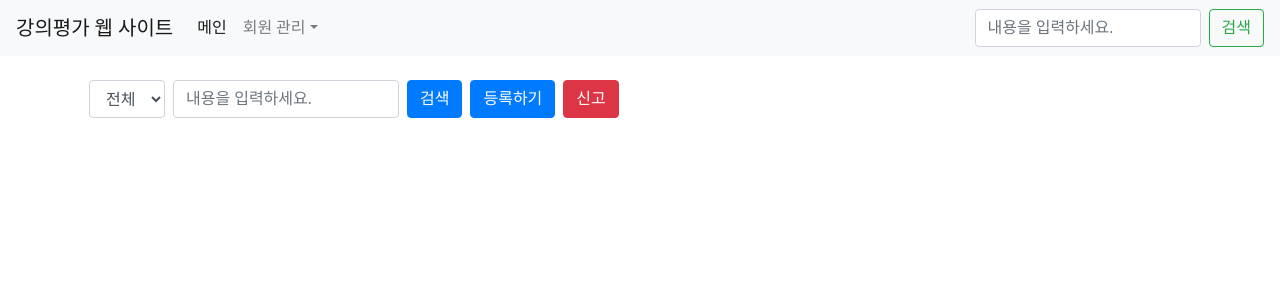
Repository: sur2/JSP-Lecture-Evaluation
Page: http://localhost/Lecture_Evaluation/userJoin.jsp
An editor plug-in stored every save of this project. The page is shown before and after the next save, followed by the edit.
The browser window is 1280 px wide. The pictures show the whole page.
Some web fonts or font styles are not loaded; a fallback is used. The page is served by Tomcat 9. Other server files are loaded and not shown.

Above is the page before, as saved 2020-01-03 09:33:50.

### Lecture Evaluation/WebContent/userJoin.jsp
<%@ page language="java" contentType="text/html; charset=UTF-8"
	pageEncoding="UTF-8"%>
<!DOCTYPE html>
<html>
<head>
	<meta charset="UTF-8">
	<!-- 반응형 웹 -->
	<meta name="viewport" content="width=device-width, initial-scale=1.0, shrink-to-fit=no">
	<title>강의평가 웹 사이트</title>
	<!-- 부트스트랩 CSS 추가하기 -->
	<link rel="stylesheet" href="./css/bootstrap.min.css"></link>
	<!-- 커스텀 CSS 추가하기 -->
	<link rel="stylesheet" href="./css/custom.css"></link>
</head>
<body>
	<nav class="navbar navbar-expand-md navbar-light bg-light">
		<a class="navbar-brand" href="index.jsp">강의평가 웹 사이트</a>
		<button class="navbar-toggler" type="button" data-toggle="collapse" data-target="#navbar">
			<span class="navbar-toggler-icon"></span>
		</button>
		<div id="navbar" class="collapse navbar-collapse">
			<ul class="navbar-nav mr-auto">
				<li class="navbar-item active">
					<a class="nav-link" href="index.jsp">메인</a>
				</li>
				<li class="nav-item dropdown">
					<a class="nav-link dropdown-toggle" id="dropdown" data-toggle="dropdown">회원 관리</a>
					<div class="dropdown-menu" aria-labelledby="dropdown">
						<a class="dropdown-item" href="#">로그인</a>
						<a class="dropdown-item" href="#">회원가입</a>
						<a class="dropdown-item" href="#">로그아웃</a>
					</div>
				</li>
			</ul>
			<form class="form-inline my-2 my-lg-0">
				<input class="form-control mr-sm-2" type="search" placeholder="내용을 입력하세요." aria-label="Search">
				<button class="btn btn-outline-success my-2 my-sm-0" type="submit">검색</button>
			</form>
		</div>
	</nav>

	<section class="container">
		<form method="get" action="./index.jsp" class="form-inline mt-3">
			<select name="lectureDivide" class="form-control mx-1 mt-2">
				<option value="전체">전체</option>
				<option value="전공">전공</option>
				<option value="교양">교양</option>
				<option value="기타">기타</option>
			</select>
			<input type="text" name="search" class="form-control mx-1 mt-2" placeholder="내용을 입력하세요.">
			<button type="submit" class="btn btn-primary mx-1 mt-2">검색</button>
			<a class="btn btn-primary mx-1 mt-2" data-toggle="modal" href="#registerModal">등록하기</a>
			<a class="btn btn-danger mx-1 mt-2" data-toggle="modal" href="#reportModal">신고</a>
		</form>
	</section>

	<!-- 평가 등록 모달 -->
	<div class="modal fade" id="registerModal" tabindex="-1" role="diolog" aria-labelledby="modal" aria-hidden="true">
		<div class="modal-dialog">
			<div class="modal-content">
				<div class="modal-header">
					<h5 class="modal-title" id="modal">평가 등록</h5>
					<button type="button" class="close" data-dismiss="modal" aria-label="Close">
						<span aria-hidden="true">&times;</span>
					</button>
				</div>
				<div class="modal-body">
					<form action="./evaluationRegisterAction.jsp" method="post">
						<div class="form-row">
							<div class="form-group col-sm-6">
								<label>강의명</label>
								<input type="text" name="lectureName" class="form-control" maxlength="20">
							</div>
							<div class="form-group col-sm-6">
								<label>교수명</label>
								<input type="text" name="professorName" class="form-control" maxlength="20">
							</div>
						</div>
						<div class="form-row">
							<div class="form-group col-sm-4">
								<label>수강 연도</label>
								<select name="lectureYear" class="form-control">
								<%
									for(int i = 2013; i<2030; i++) {
										if(i == 2020) {
								%>
												<option value="<%=i%>" selected><%=i%></option>
								<%
										}
										else {
								%>
									<option value="<%=i%>"><%=i%></option>
								<%
										}
									}
								%>
								</select>
							</div>
							<div class="form-group col-sm-4">
								<label>수강 학기</label>
								<select name="semesterDivide" class="form-control">
									<option value="1학기">1학기</option>
									<option value="여름학기">여름학기</option>
									<option value="2학기">2학기</option>
									<option value="겨울학기">겨울학기</option>
								</select>
							</div>
							<div class="form-group col-sm-4">
								<label>강의 구분</label>
								<select name="lectureDivide" class="form-control">
									<option value="전공">전공</option>
									<option value="교양">교양</option>
									<option value="기타">기타</option>
								</select>
							</div>
						</div>
						<div class=form-group>
							<label>제목</label>
							<input type="text" name="evaluationTime" class="form-control" maxlength="30">
						</div>
						<div class="form-group">
							<label>내용</label>
							<textarea name="evaluationContent" class="form-control" maxlength="2048" style="height:180px;"></textarea>
						</div>
						<div class="form-row">
							<div class="form-group col-sm-3">
								<label>종합</label>
								<select name="totalScore" class="form-control">
									<option value="A" selected>A</option>
									<option value="B">B</option>
									<option value="C">C</option>
									<option value="D">D</option>
									<option value="F">F</option>
								</select>
							</div>
							<div class="form-group col-sm-3">
								<label>성적</label>
								<select name="creditScore" class="form-control">
									<option value="A" selected>A</option>
									<option value="B">B</option>
									<option value="C">C</option>
									<option value="D">D</option>
									<option value="F">F</option>
								</select>
							</div>
							<div class="form-group col-sm-3">
								<label>널널</label>
								<select name="comfortableScore" class="form-control">
									<option value="A" selected>A</option>
									<option value="B">B</option>
									<option value="C">C</option>
									<option value="D">D</option>
									<option value="F">F</option>
								</select>
							</div>
							<div class="form-group col-sm-3">
								<label>강의</label>
								<select name="lectureScore" class="form-control">
									<option value="A" selected>A</option>
									<option value="B">B</option>
									<option value="C">C</option>
									<option value="D">D</option>
									<option value="F">F</option>
								</select>
							</div>
						</div>
						<div class="modal-footer">
							<button type="submit" class="btn btn-primary">등록하기</button>
							<button type="button" class="btn btn-secondary" data-dismiss="modal">취소</button>
						</div>
					</form>
				</div>
			</div>
		</div>
	</div>
	<!-- 신고 모달 -->
	<div class="modal fade" id="reportModal" tabindex="-1" role="diolog" aria-labelledby="modal" aria-hidden="true">
		<div class="modal-dialog">
			<div class="modal-content">
				<div class="modal-header">
					<h5 class="modal-title" id="modal">신고하기</h5>
					<button type="button" class="close" data-dismiss="modal" aria-label="Close">
						<span aria-hidden="true">&times;</span>
					</button>
				</div>
				<div class="modal-body">
					<form action="./reportAction.jsp" method="post">
						<div class=form-group>
							<label>신고 제목</label>
							<input type="text" name="reportTitle" class="form-control" maxlength="30">
						</div>
						<div class="form-group">
							<label>신고 내용</label>
							<textarea name="reportContent" class="form-control" maxlength="2048" style="height:180px;"></textarea>
						</div>
						<div class="modal-footer">
							<button type="submit" class="btn btn-danger">신고하기</button>
							<button type="button" class="btn btn-secondary" data-dismiss="modal">취소</button>
						</div>
					</form>
				</div>
			</div>
		</div>
	</div>

	<!-- JQuery js 추가하기 -->
	<script type="text/javascript" src="./js/jquery-3.4.1.min.js"></script>
	<!-- popper js 추가하기 -->
	<script type="text/javascript" src="./js/popper.min.js"></script>
	<!-- 부트스트랩 js 추가하기 -->
	<script type="text/javascript" src="./js/bootstrap.min.js"></script>
</body>
</html>

### Lecture Evaluation/WebContent/css/custom.css
@import url(https://fonts.googleapis.com/earlyaccess/jejugothic.css);
@import url(https://fonts.googleapis.com/css?family=Nanum+Gothic&display=swap);
.navbar-brand, h1, h2, h3, h4 {
	font-family: 'Jeju Gothic';
}
h5 {
	font-family:'Jeju Gothic';
	font-size: 18px;
}
body {
	font-family: 'Nanum Gothic';
}

Loaded but not shown: Lecture Evaluation/WebContent/css/bootstrap.min.css (library); Lecture Evaluation/WebContent/js/jquery-3.4.1.min.js (library); Lecture Evaluation/WebContent/js/popper.min.js (library); Lecture Evaluation/WebContent/js/bootstrap.min.js (library)

After the next save:
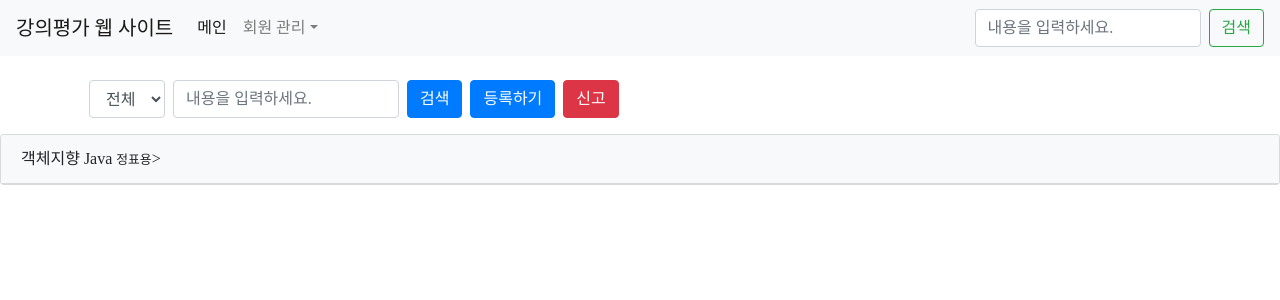
Saved 10 min 14 s later.
--- a/Lecture Evaluation/WebContent/userJoin.jsp
+++ b/Lecture Evaluation/WebContent/userJoin.jsp
@@ -54,6 +54,14 @@
 		</form>
 	</section>
 
+	<div class="card bg-light mt-3">
+		<div class="card-header bg-light">
+			<div class="row">
+				<div class="col-8 text-left">객체지향 Java&nbsp;<small>정표용</small>></div>
+			</div>
+		</div>
+	</div>
+
 	<!-- 평가 등록 모달 -->
 	<div class="modal fade" id="registerModal" tabindex="-1" role="diolog" aria-labelledby="modal" aria-hidden="true">
 		<div class="modal-dialog">
